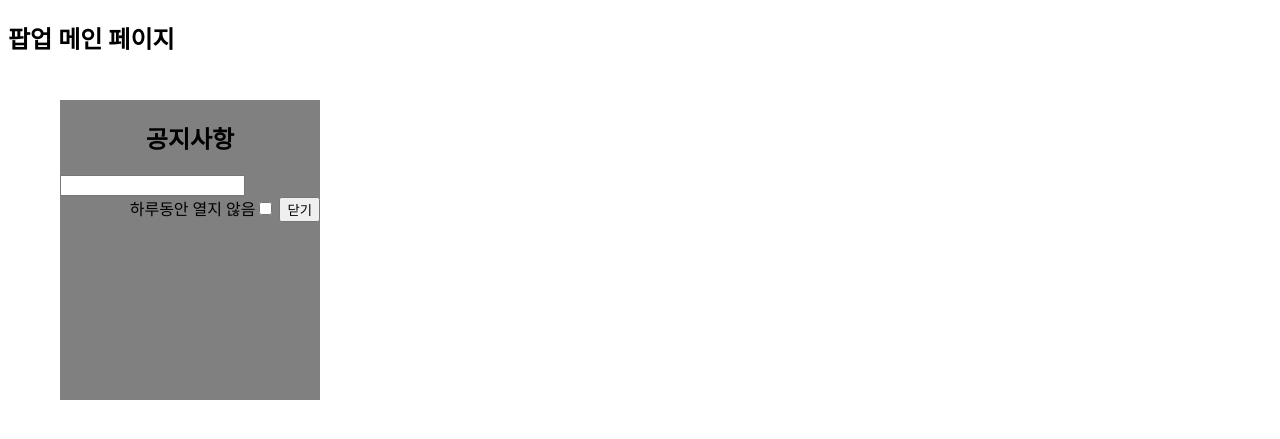
Repository: AHJ2616/Java
Page: http://localhost/board-jsp/04Cookie/PopUpMain_v0.1.jsp
An editor plug-in stored every save of this project. The page is shown before and after the next save, followed by the edit.
The browser window is 1280 px wide. The pictures show the whole page.
The page is served by Tomcat 9.

Above is the page before, as saved 2024-07-24 02:04:21.

After the next save:
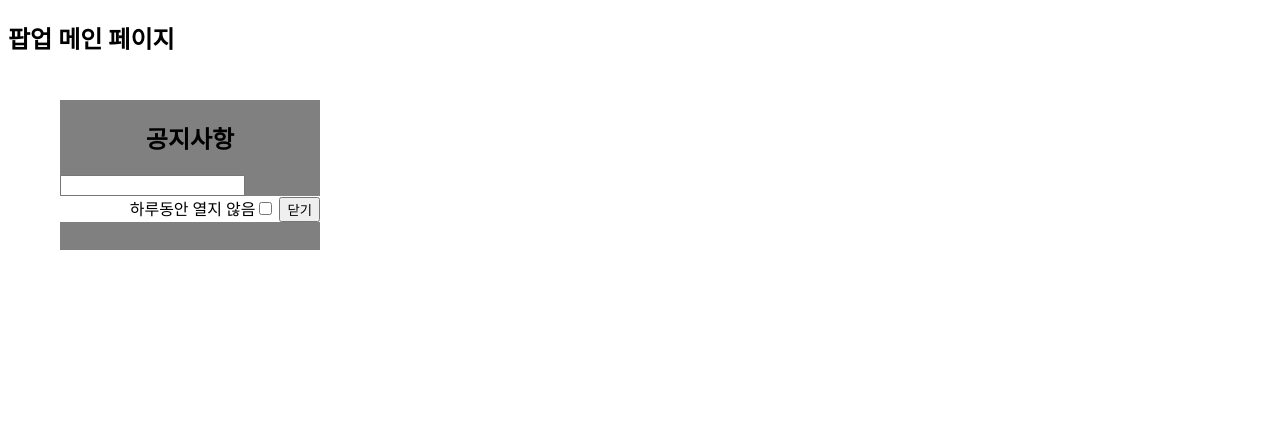
Saved 79 s later.
--- a/jsp_workspace/board-jsp/src/main/webapp/04Cookie/PopUpMain_v0.1.jsp
+++ b/jsp_workspace/board-jsp/src/main/webapp/04Cookie/PopUpMain_v0.1.jsp
@@ -12,10 +12,10 @@
 <style>
 div#popUp{
 position: absolute; top: 100px;/* 위에서 100픽셀 내려와라 */
-left: 60px; color: black; width: 260px; height: 300px; background-color: gray;
+left: 60px; color: black; width: 260px; height: 150px; background-color: gray;
 }
 div#popUp>div{
-
+position: relative; background-color: #ffffff;
 }
 </style><!-- CSS3를 적용하는 블럭 : 색,크기,도형 -->
 <script>
